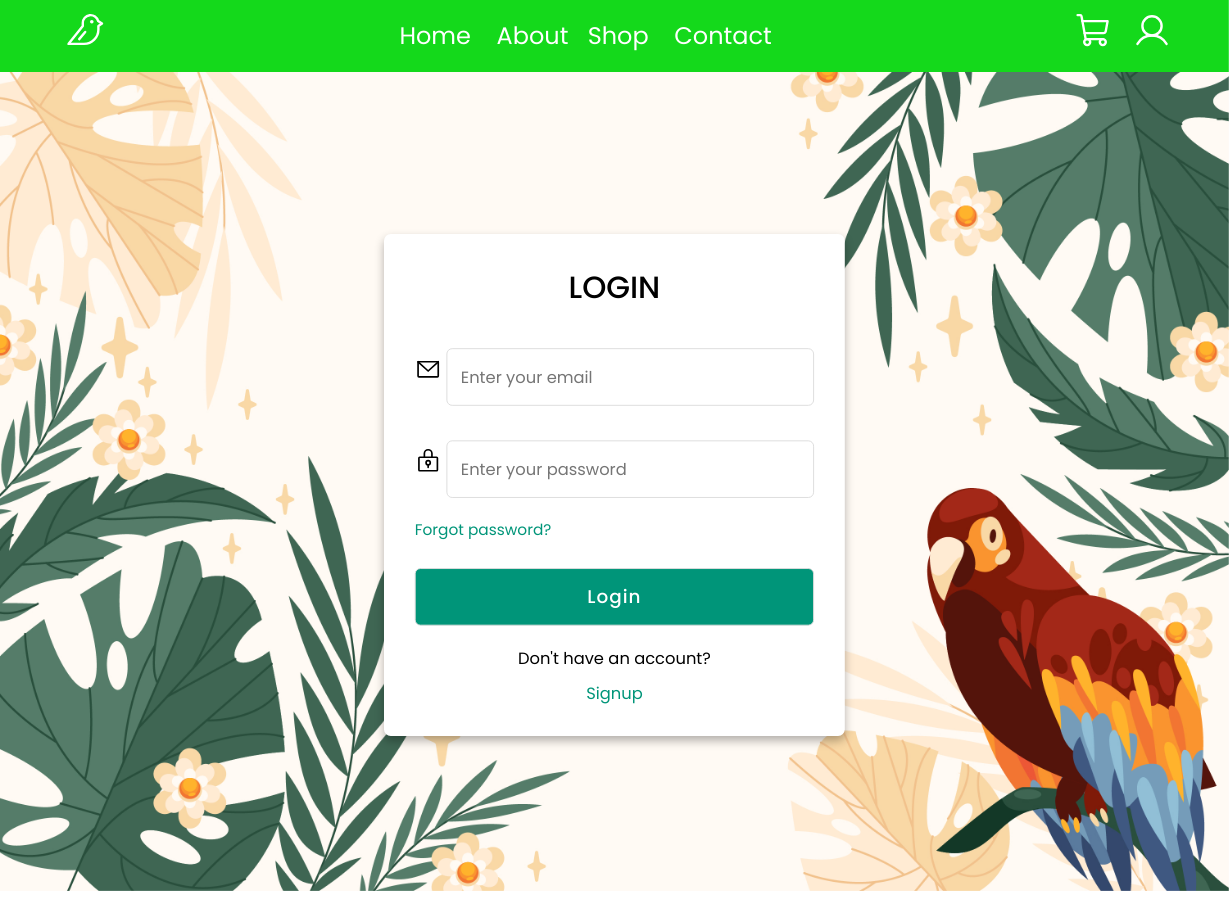
Repository: Vuhainam64/SWP391
Page: /register (app in React/swp391-app/)
These files come from the project's save history. The page is drawn as it stood at one moment and after the next save; the edit follows.
The browser window is 1280 px wide. The pictures show the whole page, at 96% of full size.
The project was rebuilt for these pictures with package versions that can differ from the ones it lists, and the page was loaded fresh each time. Also part of the build but not shown: React/swp391-app/src/pages/home/home.jsx, React/swp391-app/src/pages/about/about.jsx, React/swp391-app/src/pages/shop/product.jsx, React/swp391-app/src/pages/shop/shop.css, React/swp391-app/src/pages/shop/shop.jsx, React/swp391-app/src/pages/contact/contact.jsx, React/swp391-app/src/pages/cart/cart-item.jsx, React/swp391-app/src/pages/cart/cart.css and 1 more.

Above is the page before, as saved 2023-05-30 15:00:20.

### React/swp391-app/src/App.js
import './App.css';
import { BrowserRouter as Router, Routes, Route } from "react-router-dom";
import { Navbar } from "./components/navbar";
import { Register } from "./pages/register/register";
import { Home } from "./pages/home/home";
import { About } from "./pages/about/about";
import { Shop } from "./pages/shop/shop";
import { Contact } from "./pages/contact/contact";
import { Cart } from "./pages/cart/cart";
import { ShopContextProvider } from './context/shop-context';


function App() {
  return (
    <div className = "App">
      <ShopContextProvider>
        <Router>
          <Navbar />
          <Routes>
            <Route path = "/register" element = {<Register />} />
            <Route path = "/home" element={<Home/>} />
            <Route path = "/about" element={<About/>} />
            <Route path = "/" element = {<Shop />} />
            <Route path = "/contact" element = {<Contact />} />
            <Route path = "/cart" element = {<Cart />} />
          </Routes>
        </Router>
      </ShopContextProvider>
    </div>
  );
}

export default App;

### React/swp391-app/src/App.css
.App {
  width: 100%;
  height: auto;
  min-height: 100vh;
  font-family: 'Segoe UI', Tahoma, Geneva, Verdana, sans-serif;
}

body {
  padding: 0;
  margin: 0;
}

### React/swp391-app/src/components/navbar.jsx
import React from "react";
import { Link } from "react-router-dom";
import { ShoppingCart, Bird, User } from "phosphor-react";
import "./navbar.css";

export const Navbar = () => {
  return (
    <div className="navbar">
      <div className="links">
        <div className="icon">
          <Link to="/">
            <Bird size={40} />
          </Link>
        </div>
        <div className="middle">
          <Link to="/home"> Home </Link>
          <Link to="/about">About</Link>
          <Link to="/">Shop</Link>
          <Link to="/contact"> Contact</Link>
        </div>
        <div className="end">
          <Link to="/cart">
            <ShoppingCart size={40} />
          </Link>
            <Link to="/register">
                <User size={40}/>
            </Link>
        </div>
      </div>
    </div>
  );
};

### React/swp391-app/src/pages/register/register.jsx
import React from "react";
import { EnvelopeSimple,LockKey } from "phosphor-react";
import "./register.css";
import loginback from "../../assets/products/7200317.jpg";

export const Register = () => {
  return (
    <div className="images">
    <img src={loginback} alt=""/>
    <div className="container">
    <input type="checkbox" id="check"></input>
    <div className="login form">
      <header>LOGIN</header>
      <form action="#">
        <div className="login-form">
        <span className="icon-login"><EnvelopeSimple size={28}></EnvelopeSimple></span>
        <input type="email" id="email" placeholder="Enter your email" required></input>
        <span className="icon-login"><LockKey size={28}></LockKey></span>
        <input type="password" id="password" placeholder="Enter your password" required></input>
        </div>
        <a href="#">Forgot password?</a>
        <input type="button" className="button" value="Login"></input>
      </form>
      <div className="signup">
        <span className="signup">Don't have an account?
         <label for="check">Signup</label>
        </span>
      </div>
    </div>
    <div className="registration form">
      <header>SIGNUP</header>
      <form action="#">
        <div className="login-form">
        <span className="icon-login"><EnvelopeSimple size={28}></EnvelopeSimple></span>
        <input type="text" id="email" placeholder="Enter your email" required></input>
        <span className="icon-login"><LockKey size={28}></LockKey></span>
        <input type="password" id="password" placeholder="Create a password" required></input>
        <span className="icon-login"><LockKey size={28}></LockKey></span>
        <input type="password" id="password"  placeholder="Confirm your password" required></input>
        <input type="button" className="button" value="Signup" required></input>
        </div>
      </form>
      <div className="signup">
        <span className="signup">Already have an account?
         <label for="check">Login</label>
        </span>
      </div>
    </div>
  </div>
  </div>
  );
};

### React/swp391-app/src/context/shop-context.jsx
import { createContext, useEffect, useState } from "react";
import { PRODUCTS } from "../products";

export const ShopContext = createContext(null);

const getDefaultCart = () => {
    let cart = {};
    for (let i = 1; i < PRODUCTS.length + 1; i++) {
        cart[i] = 0;
    }
    return cart;
}

export const ShopContextProvider = (props) => {
    const [cartItems, setCartItems] = useState(getDefaultCart());

    const getTotalCartAmount = () => {
        let totalAmount = 0;
        for (const item in cartItems) {
            if (cartItems[item] > 0) {
                let itemInfo = PRODUCTS.find((product) => product.id === Number(item));
                totalAmount += cartItems[item] *itemInfo.price;
            }
        }
        return totalAmount;
    };

    const addToCart = (itemId) => {
        setCartItems((prev) => ({ ...prev, [itemId]: prev[itemId] + 1}));
    };

    const removeFromCart = (itemId) => {
        setCartItems((prev) => ({ ...prev, [itemId]: prev[itemId] - 1}));
    };

    const updateCartItemCount = (newAmount, itemId) => {
        setCartItems((prev) => ({ ...prev, [itemId]: newAmount }));
    };

    const checkout = () => {
        setCartItems(getDefaultCart());
    };

    const contextValue = {
        cartItems,
        addToCart,
        updateCartItemCount,
        removeFromCart,
        getTotalCartAmount,
        checkout,
    };

    return (
        <ShopContext.Provider value={contextValue}>
            {props.children}
        </ShopContext.Provider>
    );
};

### React/swp391-app/src/components/navbar.css
.navbar {
    width: 100%;
    height: 75px;
    background-color: rgb(20, 217, 27);
    display: flex;
    justify-content: center;
    align-items: center;
}

.links {
    margin-right: 50px;
    display: flex;
    align-items: center;
    justify-content: space-between;
    width: 100%;
}

.icon {
    margin-left: 50px;
}

.end {
    padding: 0 10px;
}

.links a {
    text-decoration: none;
    color: white;
    margin-left: 20px;
    font-size: 25px;
}

### React/swp391-app/src/pages/register/register.css
/* Import Google font - Poppins */
@import url('https://fonts.googleapis.com/css2?family=Poppins:wght@200;300;400;500;600;700&display=swap');
*{
  margin: 0;
  padding: 0;
  box-sizing: border-box;
  font-family: 'Poppins', sans-serif;
}
.images{
  position: relative;
  width: 100%;
  height: 100%;
  max-height: 926.4px;
}

.images img {
  width: 100%;
  max-height: 926.4px;
}

.container{
  position: absolute;
  top: 50%;
  left: 50%;
  transform: translate(-50%,-50%);
  max-width: 480px;
  width: 100%;
  background: #fff;
  border-radius: 7px;
  box-shadow: 0 5px 10px rgba(0,0,0,0.3);
}

.container .registration{
  display: none;
}

#check:checked ~ .registration{
  display: block;
}

#check:checked ~ .login{
  display: none;
}

#check{
  display: none;
}

.container .form{
  padding: 2rem;
}

.form header{
  font-size: 2rem;
  font-weight: 500;
  text-align: center;
  margin-bottom: 1.5rem;
}

 .form input{
   height: 60px;
   width: 92%;
   padding: 0 14px;
   font-size: 17px;
   margin-top: 15px;
   margin-bottom: 1.3rem;
   border: 1px solid #ddd;
   border-radius: 6px;
   outline: none;
 }

 .form input:focus{
   box-shadow: 0 1px 0 rgba(0,0,0,0.2);
 }

.form a{
  font-size: 16px;
  color: #009579;
  text-decoration: none;
}

.form a:hover{
  text-decoration: underline;
}

.form input.button{
  color: #fff;
  background: #009579;
  font-size: 1.2rem;
  font-weight: 500;
  letter-spacing: 1px;
  margin-top: 1.7rem;
  cursor: pointer;
  transition: 0.4s;
  width: 100%;
}

.form input.button:hover{
  background: #006653;
}

.signup{
  font-size: 17px;
  text-align: center;
}

.signup label{
  color: #009579;
  cursor: pointer;
}

.signup label:hover{
  text-decoration: underline;
}

.icon-login {
  margin-right: 5px;
}

### React/swp391-app/src/products.js
import product1 from "./assets/products/1.png";
import product2 from "./assets/products/1.png";
import product3 from "./assets/products/1.png";
import product4 from "./assets/products/1.png";
import product5 from "./assets/products/1.png";
import product6 from "./assets/products/1.png";
import product7 from "./assets/products/1.png";
import product8 from "./assets/products/1.png";

export const PRODUCTS = [
  {
    id: 1,
    productName: "Bird Food",
    price: 999.0,
    productImage: product1,
  },
  {
    id: 2,
    productName: "Bird Food",
    price: 1999.0,
    productImage: product2,
  },
  {
    id: 3,
    productName: "Bird Food",
    price: 699.0,
    productImage: product3,
  },
  {
    id: 4,
    productName: "Bird Food",
    price: 228.0,
    productImage: product4,
  },
  {
    id: 5,
    productName: "Bird Food",
    price: 19.99,
    productImage: product5,
  },
  {
    id: 6,
    productName: "Bird Food",
    price: 68.0,
    productImage: product6,
  },
  {
    id: 7,
    productName: "Bird Food",
    price: 120.0,
    productImage: product7,
  },
  {
    id: 8,
    productName: "Bird Food",
    price: 40.0,
    productImage: product8,
  },
];

### React/swp391-app/src/pages/contact/contact.css
.contact{
    max-width: 400px;
    margin: 0 auto;
    padding: 20px;
}
.title-contact{
    text-align: center;
}
label{
    display: block;
    margin-top: 10px;
}
.form-contact{

    text-align: center;
}

input[type="text"],
.type-email,
input[type="message"],
textarea {
  width: 100%;
  padding: 8px;
  border: 1px solid #ccc;
  border-radius: 4px;
  box-sizing: border-box;
  margin-top: 5px;
  margin-bottom: 10px;
}

input[type="submit"] {
    background-color: #4CAF50;
    color: white;
    padding: 10px 15px;
    border: none;
    border-radius: 4px;
    cursor: pointer;
    font-size: 16px;
  }

  input[type="submit"]:hover {
    background-color: #45a049;
  }

  textarea {
    height: 100px;
  }

Loaded but not shown: React/swp391-app/public/index.html (common file); React/swp391-app/src/index.js (common file); React/swp391-app/src/index.css (common file); React/swp391-app/src/reportWebVitals.js (common file)

After the next save:
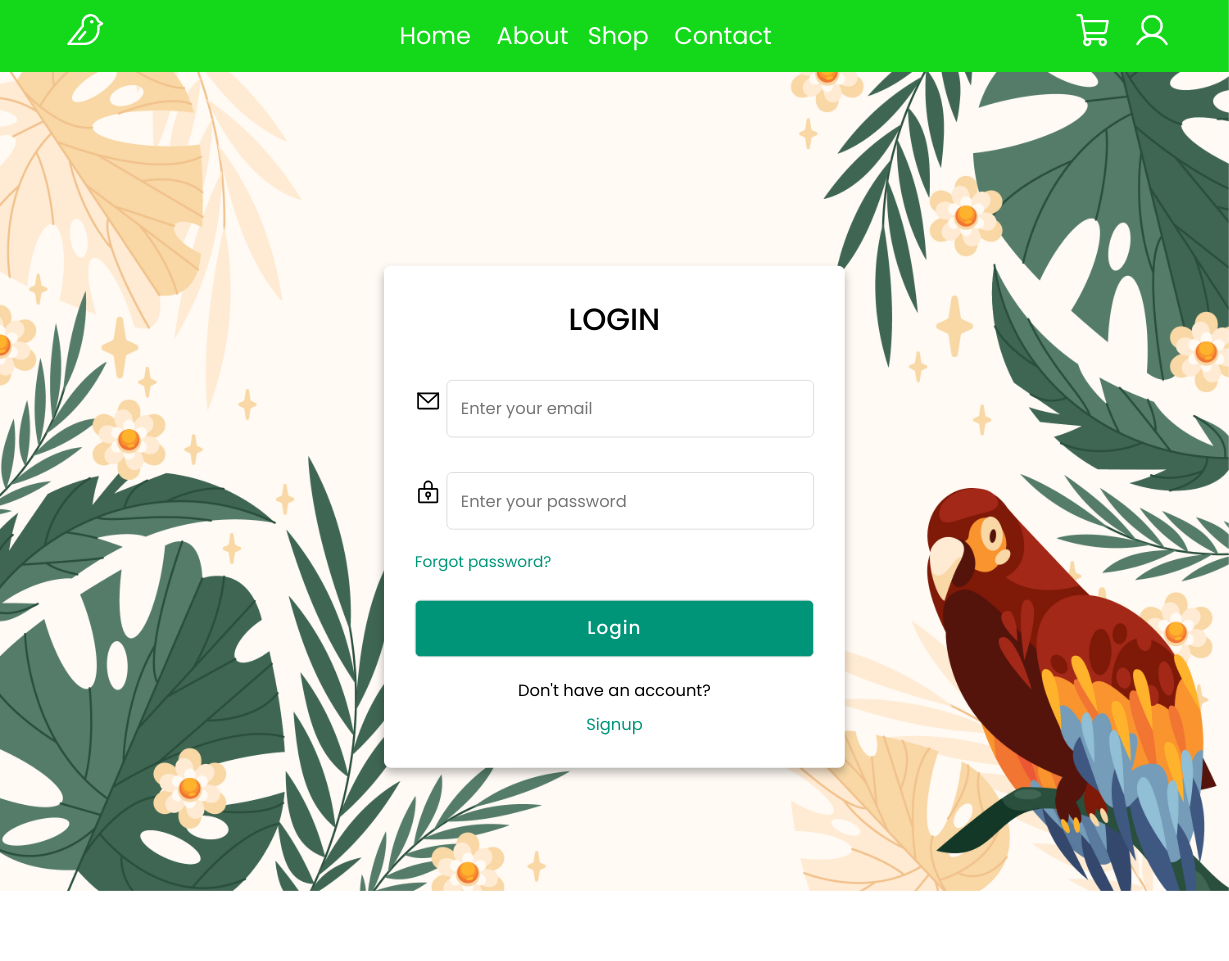
Saved 12 s later.
--- a/React/swp391-app/src/pages/register/register.css
+++ b/React/swp391-app/src/pages/register/register.css
@@ -9,8 +9,7 @@
 .images{
   position: relative;
   width: 100%;
-  height: 100%;
-  max-height: 926.4px;
+  height:926.4px;
 }
 
 .images img {

After the save that followed:
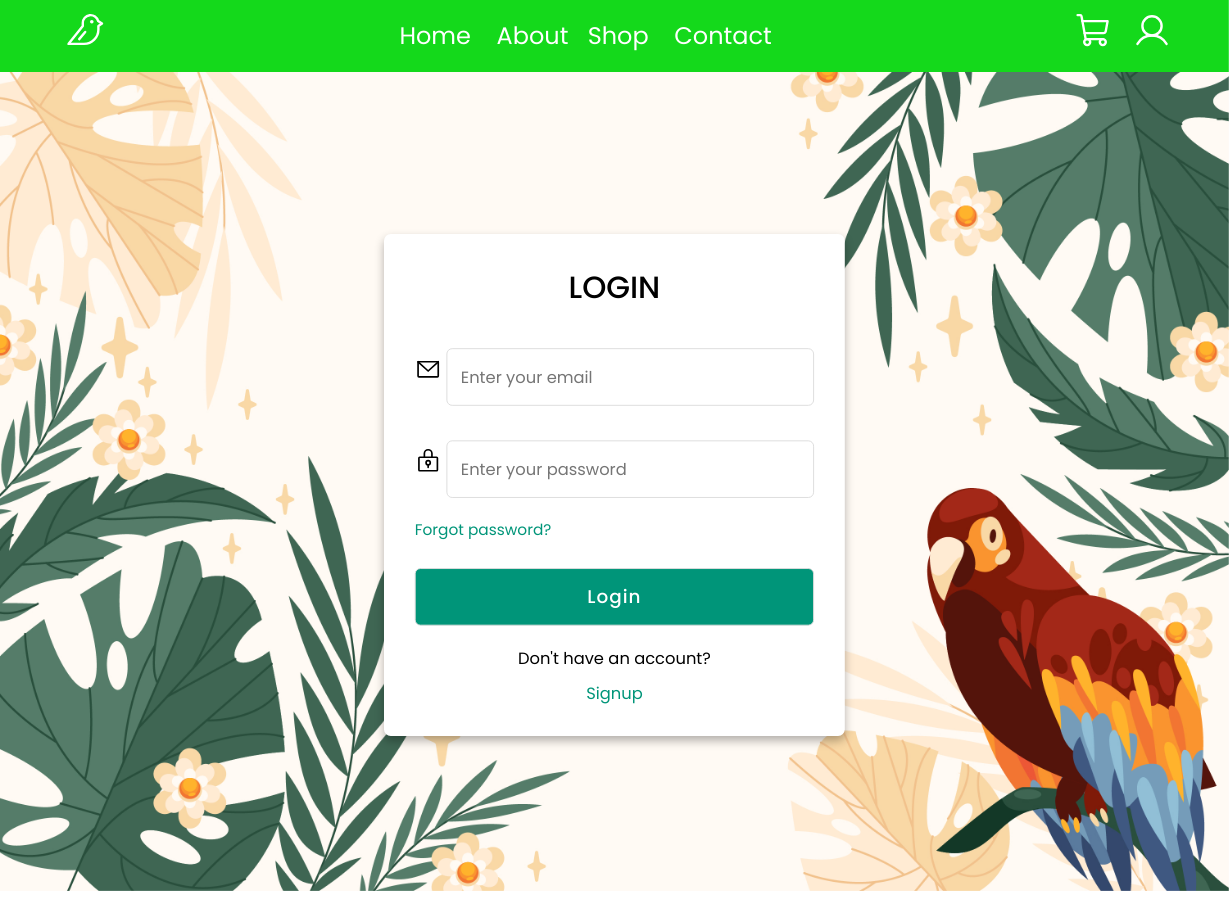
Saved 6 s later.
--- a/React/swp391-app/src/pages/register/register.css
+++ b/React/swp391-app/src/pages/register/register.css
@@ -9,7 +9,7 @@
 .images{
   position: relative;
   width: 100%;
-  height:926.4px;
+  height: 100%;
 }
 
 .images img {
